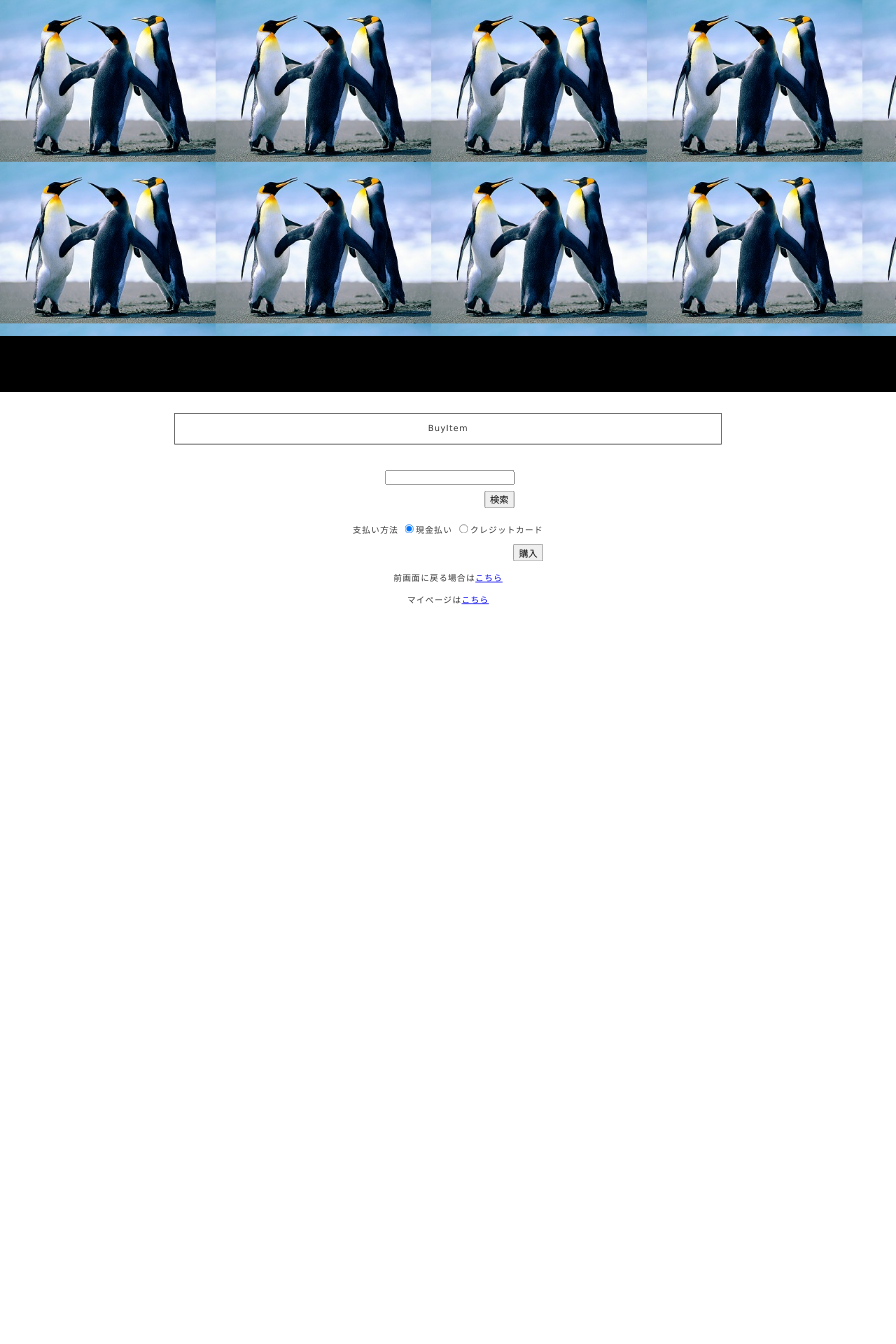
Repository: kanav0208/test
Page: http://localhost/ecsite/buyItem.jsp
The author's editor kept a copy of each file at every save. The page is drawn from the files as they stood at one save, then again after the next save.
The browser window is 1280 px wide. The pictures show the part of the page from y = 0 to 1920 px (the page is 2970 px tall before and 2570 px after), at 70% of full size.
The page is served by Tomcat 9.

Above is the page before, as saved 2018-02-27 05:34:23.

After the next save:
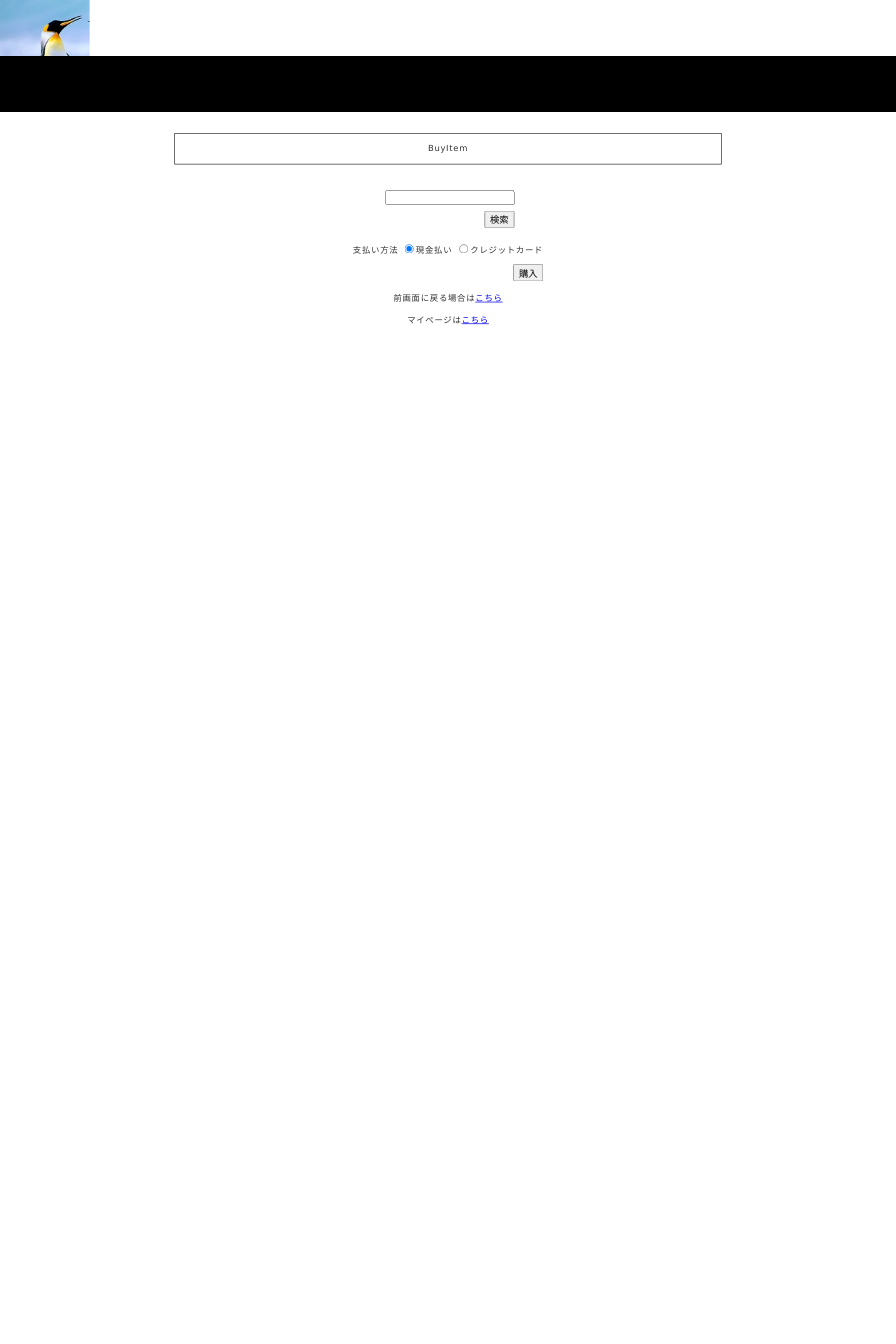
Saved 62 s later.
--- a/ecsite/WebContent/buyItem.jsp
+++ b/ecsite/WebContent/buyItem.jsp
@@ -63,8 +63,8 @@
 		}
 
 		.main_img {
-    width: 100%;
-    height: 480px;
+    width: 10%;
+    height: 80px;
     background: url('./image/Penguins.jpg');
 }
 
